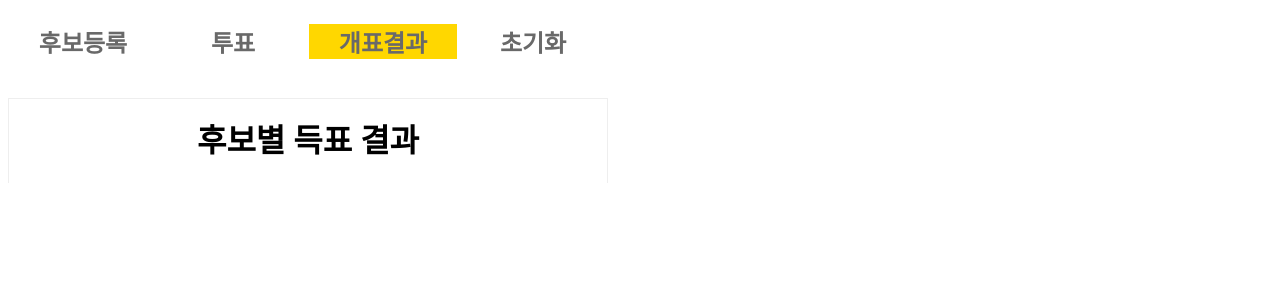
Repository: noheul1030/KOPO-HTML
Page: http://localhost/Tupyo/Tupyo/C_01_H.jsp
These files come from the project's save history. The page is drawn as it stood at one moment and after the next save; the edit follows.
The browser window is 1280 px wide. The pictures show the whole page.
The page is served by Tomcat 9. Queries for data that is not in the repository find no rows.

Above is the page before, as saved 2023-06-04 12:15:33.

After the next save:
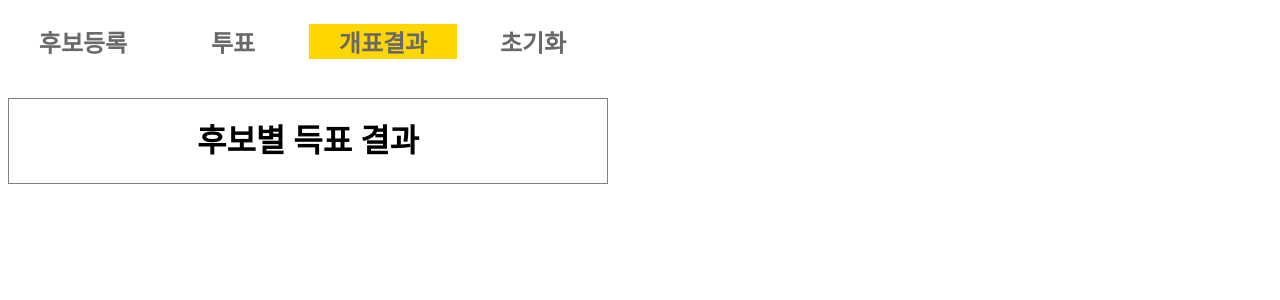
Saved 37 s later.
--- a/Tupyo/src/main/webapp/Tupyo/C_01_H.jsp
+++ b/Tupyo/src/main/webapp/Tupyo/C_01_H.jsp
@@ -10,11 +10,12 @@
 		<style>
     		table {
     			text-align: center;
-   				border: 0;
+   				border: 1;
    				solid black;
    				width: 600px;
    				border-collapse: collapse;
    				cellspacing="1"}
+   			td{ }
     		a {text-decoration-line: none;  color: #696969;}
 			h2:hover {
 			 box-shadow: 0 0 40px 40px #ffd700 inset;
